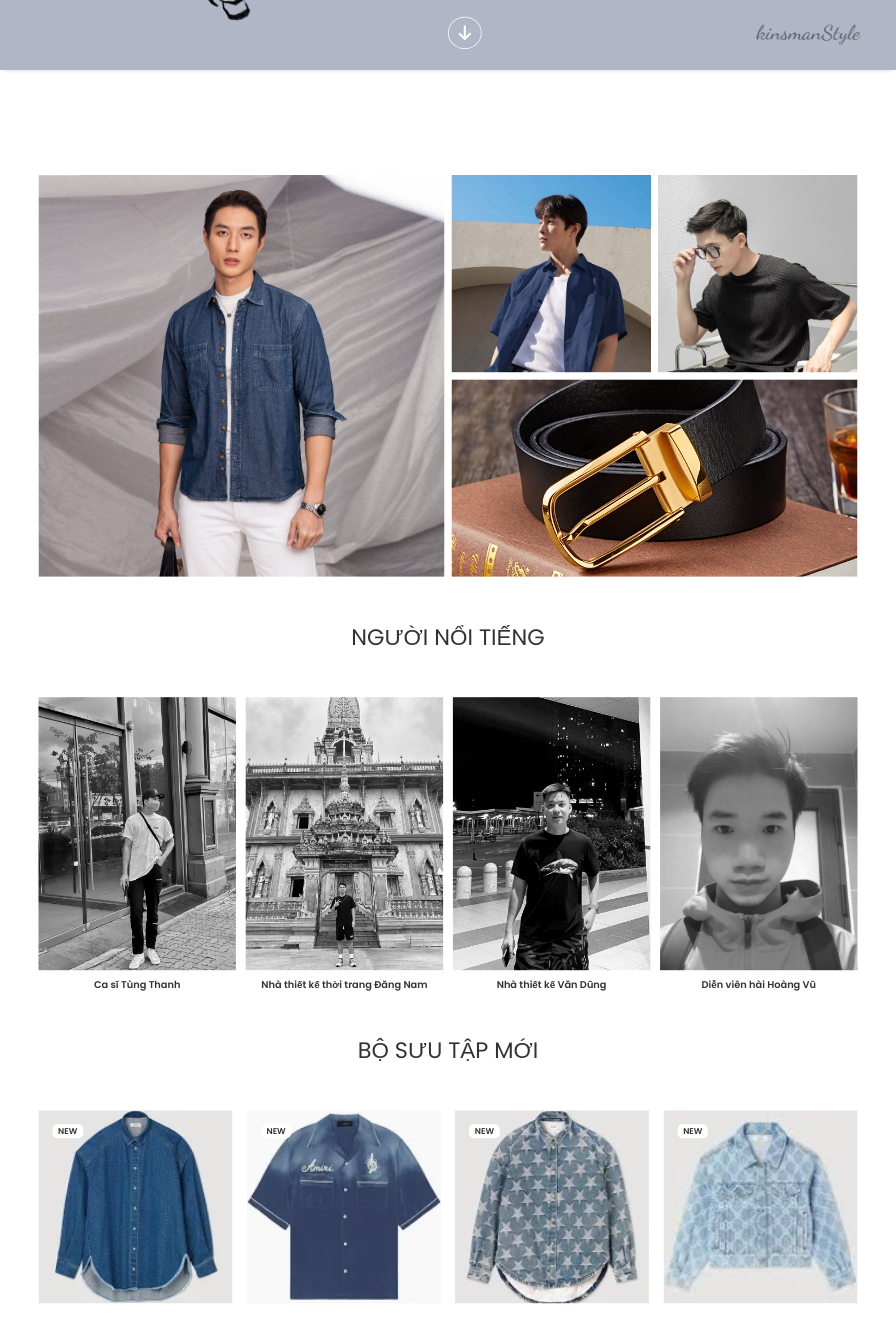
Repository: hoang28092000/kinsmanClothes
Page: index.html
The author's editor kept a copy of each file at every save. The page is drawn from the files as they stood at one save, then again after a run of saves.
The browser window is 1280 px wide. The pictures show the part of the page from y = 610 to 2530 px (the page is 5080 px tall), at 70% of full size.

Above is the page before, as saved 2025-05-07 01:06:54.

### index.html
<!DOCTYPE html>
<html lang="en">
  <head>
    <meta charset="UTF-8" />
    <meta name="viewport" content="width=device-width, initial-scale=1.0" />
    <link rel="preconnect" href="https://fonts.googleapis.com" />
    <link rel="preconnect" href="https://fonts.gstatic.com" crossorigin />
    <link
      href="https://fonts.googleapis.com/css2?family=Poppins:ital,wght@0,100;0,200;0,300;0,400;0,500;0,600;0,700;0,800;0,900;1,100;1,200;1,300;1,400;1,500;1,600;1,700;1,800;1,900&display=swap"
      rel="stylesheet"
    />
    <link
      rel="stylesheet"
      href="https://cdnjs.cloudflare.com/ajax/libs/font-awesome/6.7.2/css/all.min.css"
      integrity="sha512-Evv84Mr4kqVGRNSgIGL/F/aIDqQb7xQ2vcrdIwxfjThSH8CSR7PBEakCr51Ck+w+/U6swU2Im1vVX0SVk9ABhg=="
      crossorigin="anonymous"
      referrerpolicy="no-referrer"
    />
    <link rel="stylesheet" href="./css/reset.css" />
    <link rel="stylesheet" href="./css/main.css" />

    <title>KinsManClothes</title>
  </head>
  <body style="height: 5000px">
    <header class="header">
      <div class="container">
        <div class="content-header">
          <div class="logo">
            <a href="./index.html">
              <img
                src="./asset/logo/logo-kinsmann.svg"
                alt="KinsManClothes Logo"
              />
            </a>
          </div>
          <nav class="nav">
            <ul>
              <li><a href="./index.html">Sản Phẩm</a></li>
              <li><a href="./about.html">Giới thiệu</a></li>
              <li><a href="./shop.html">Chính Sách</a></li>
              <li><a href="./shop.html">Tin tức</a></li>
              <li><a href="./contact.html">Liên hệ</a></li>
            </ul>
          </nav>
          <div class="search-box">
            <input type="text" placeholder="Tìm kiếm sản phẩm..." />
            <button type="submit">Tìm kiếm</button>
          </div>
        </div>
      </div>
    </header>

    <main>
      <div class="content-main">
        <div class="slider" id="slider">
          <img
            src="./asset/banner/banner-1.png"
            alt="banner"
            class="slide active"
          />
          <img src="./asset/banner/banner-2.png" alt="banner" class="slide" />
          <img src="./asset/banner/banner-3.png" alt="banner" class="slide" />
          <a href="#category-list"><i class="fa-solid fa-arrow-down arrow-continue"></i></a>
        </div>
      </div>
      <div class="container">
        <section class="category-list" id="category-list">
          <div class="card-wrapper">
            <img
              src="./asset/image/model-6.jpg"
              alt=""
              class="img-category-1"
            />
            <div class="overlay">
              <h3>Jeans</h3>
              <a href="">Xem thêm</a>
            </div>
          </div>
          <div class="card-wrapper-2">
            <img src="./asset/image/model-2.webp" alt="" />
            <div class="overlay">
              <h3>Sơ mi</h3>
              <a href="">Xem thêm</a>
            </div>
          </div>
          <div class="card-wrapper-2">
            <img src="./asset/image/mode-10.jpg" alt="" />
            <div class="overlay">
              <h3>Áo thun</h3>
              <a href="">Xem thêm</a>
            </div>
          </div>
          <div class="card-wrapper-3">
            <img src="./asset/image/model-9.jpg" alt="" />
            <div class="overlay">
              <h3>Thắt lưng</h3>
              <a href="">Xem thêm</a>
            </div>
          </div>
        </section>
        <section class="celebrity">
          <h2 class="title-heading">NGƯỜI NỔI TIẾNG</h2>
          <div class="celebrity-list">
            <a href="">
              <div class="celebrity-item">
                <img src="./asset/image/celep-1.jpg" alt="" />
                <h3>Ca sĩ Tùng Thanh</h3>
              </div>
            </a>
            <a href=""
              ><div class="celebrity-item">
                <img src="./asset/image/celep-5.jpg" alt="" />
                <h3>Nhà thiết kế thời trang Đăng Nam</h3>
              </div></a
            >
            <a href=""
              ><div class="celebrity-item">
                <img src="./asset/image/celep-3.jpg" alt="" />
                <h3>Nhà thiết kế Văn Dũng</h3>
              </div></a
            >
            <a href=""
              ><div class="celebrity-item">
                <img src="./asset/image/celep-7.jpg" alt="" />
                <h3>Diễn viên hài Hoàng Vũ</h3>
              </div></a
            >
          </div>
        </section>
        <section class="collection">
          <h2 class="title-heading">BỘ SƯU TẬP MỚI</h2>
          <div class="list-collection">
            <a href="">
                <div class="item-collection">
                    <img src="./asset/image/j-4.webp" alt="this is collection">
                    <p>NEW</p>
                </div>
            </a>
            <a href="">
                <div class="item-collection">
                    <img src="./asset/image/j-5.webp" alt="this is collection">
                    <p>NEW</p>
                </div>
            </a>
            <a href="">
                <div class="item-collection">
                    <img src="./asset/image/j-6.webp" alt="this is collection">
                    <p>NEW</p>
                </div>
            </a>
            <a href="">
                <div class="item-collection">
                    <img src="./asset/image/j-7.webp" alt="this is collection">
                    <p>NEW</p>
                </div>
            </a>

          </div>
        </section>
      </div>
    </main>
    <footer></footer>

    <script src="./js/main.js"></script>
  </body>
</html>

### css/main.css
:root {
  --primary-color: #ff6347;
  --secondary-color: #4caf50;
  --background-color: #f0f0f0;
  --text-color: #333;
}
* {
  padding: 0;
  margin: 0;
  box-sizing: border-box;
}
html {
  font-family: "Poppins", sans-serif;
  font-size: 62.5%;
  scroll-behavior: smooth;
}

.container {
  width: 1170px;
  max-width: calc(100% - 48px);
  margin: 0 auto;
}
.content-header {
  display: flex;
  justify-content: space-between;
  align-items: center;
}
.header {
  position: fixed;
  height: 80px;
  top: 0;
  left: 0;
  right: 0;
  z-index: 999;
  background-color: white;
  box-shadow: 0 2px 4px rgba(0, 0, 0, 0.05);
}
.arrow-continue {
  position: absolute;
  bottom: 30px;
  left: 50%;
  z-index: 2;
  font-size: 2.4rem;
  color: #fff;
  border: 1px solid #fff;
  padding: 10px 14px;
  border-radius: 50%;
}
.arrow-continue:hover {
  background-color: var(--primary-color);
  color: #fff;
  transition: all 0.3s ease-in-out;
}
header .logo img {
  width: 200px;
  height: 80px;
}
.nav ul {
  display: flex;
  justify-content: space-between;
  gap: 20px;
}
.nav a {
  text-decoration: none;
  color: var(--text-color);
  font-size: 1.4rem;
  font-weight: 500;
  padding: 10px;
  transition: all 0.3s ease-in-out;
}
.nav a:hover {
  color: var(--primary-color);
}
.search-box {
  display: flex;
  align-items: center;
  gap: 10px;
}
.search-box input[type="text"] {
  padding: 6px;
  border: 1px solid var(--text-color);
  border-radius: 5px;
  font-size: 1.4rem;
  width: 200px;
  outline: none;
}
.search-box input[type="text"]:focus {
  border-color: var(--primary-color);
}
.search-box button[type="submit"] {
  background-color: #333;
  color: #fff;
  font-weight: 500;
  border: none;
  padding: 6px 12px;
  border-radius: 5px;
  cursor: pointer;
  font-size: 1.4rem;
  transition: all 0.3s ease-in-out;
}
.search-box button[type="submit"]:hover {
  background-color: var(--primary-color);
}

/* main */
.content-main {
  margin-top: 80px;
  border-radius: 10px;
  box-shadow: 0 2px 4px rgba(0, 0, 0, 0.1);
}
.slider {
  position: relative;
  width: 100%;
  height: 630px;
  overflow: hidden;
}
.slide {
  position: absolute;
  width: 100%;
  height: 100%;
  opacity: 0;
  transition: opacity 0.5s ease-in-out;
}
.slide.active {
  opacity: 1;
  z-index: 1;
}

.overlay {
  background-color: #928d8d;
  display: none;
}
.overlay h3 {
  color: #fff;
  font-size: 2.4rem;
}

.category-list {
  margin-top: 150px;
  display: grid;
  grid-template-columns: repeat(4, 1fr);
  grid-template-rows: repeat(2, 282px);
  gap: 10px;
}
.card-wrapper {
  position: relative;
  width: 100%;
  grid-column: span 2; /* chiếm 2 cột */
  grid-row: span 2;
  overflow: hidden;

}

.card-wrapper-2 {
  position: relative;
  width: 100%;
  overflow: hidden;

}
.card-wrapper-3 {
  position: relative;
  width: 100%;
  grid-column: span 2; /* chiếm 3 cột */
  grid-row: span 1;
  overflow: hidden;
}

.category-list img {
  width: 100%;
  height: 100%;
  object-fit: cover;
  object-position: top;
  transition: all 0.3s ease-in-out;
}

.card-wrapper-3 img {
  object-position: center;
}

.card-wrapper:hover .overlay,
.card-wrapper-2:hover .overlay,
.card-wrapper-3:hover .overlay {
  position: absolute;
  top: 0;
  left: 0;
  right: 0;
  bottom: 0;
  display: flex;
  flex-direction: column;
  justify-content: center;
  align-items: center;
  width: 100%;
  height: 100%;
  background-color: rgba(0, 0, 0, 0.5);
  transition: all 0.3s ease-in-out;
}
.overlay a {
  display: block;
  text-decoration: none;
  color: #fff;
  font-size: 1.6rem;
  margin-top: 30px;
  border: 1px solid #fff;
  padding: 10px 20px;
  transition: all 0.3s ease-in-out;
  border-radius: 5px;
    background-color: transparent;
}
.overlay a:hover {
  background-color: var(--primary-color);
  color: #fff;
}

.card-wrapper:hover img,
.card-wrapper-2:hover img,
.card-wrapper-3:hover img{
  transform: scale(1.05);
  transition: all 0.3s ease-in-out;
}

/* celebrity */
.celebrity{
    margin-top: 70px;

}
.title-heading{
    text-align: center;
    font-size: 3.2rem;
    color: var(--text-color);
    margin-bottom: 70px;
}
.celebrity-list{
    display: flex;
    justify-content: space-between;
    align-items: center;
}
.celebrity-list a{
    text-decoration: none;
}
.celebrity-item{
    position: relative;
    width: 282px;
}
.celebrity-item img{
    width: 100%;
    height: 390px;
    object-fit: cover;
    object-position: top;
    filter: blur(0px) grayscale(100%) sepia(0);
    transition: filter 0.4s ease;
}
.celebrity-item img:hover{
    filter: grayscale(0%);
    cursor: pointer;
}
.celebrity-item h3{
    font-size: 1.4rem;
    font-weight: 600;
    color: #333;
    margin-top: 12px;
    text-align: center;
}

/* collection */
.collection{
    margin-top: 70px;
}
.list-collection{
    display: flex;
    justify-content: space-between;
    align-items: center;
    gap: 10px;
}
.item-collection{
    position: relative;
    width: 277px;
    overflow: hidden;
    height: 276px;

}
.item-collection img{
    width: 100%;
    height: 100%;
    transition: transform 0.3s ease;
}
.item-collection p{
    position: absolute;
    top: 20px;
    left: 20px;
    background-color: #fff;
    color: #333;
    font-size: 1.2rem;
    font-weight: 600;
    padding: 4px 8px;
    border-radius: 7px;
}
.item-collection img:hover{
    transform: scale(1.05);
}

### js/main.js
const sliders = document.querySelectorAll(".slide");
let current = 0;
let interval = null;

function showNextSlide() {
  sliders[current].classList.remove("active");
  current = (current + 1) % sliders.length;
  sliders[current].classList.add("active");
}
function startSlider() {
  interval = setInterval(showNextSlide, 2500);
}
function stopSlider() {
  clearInterval(interval);
}

const slider = document.getElementById("slider");
slider.addEventListener("mouseover", stopSlider);
slider.addEventListener("mouseleave", startSlider);

Loaded but not shown: css/reset.css (common file)

After the next 2 saves:
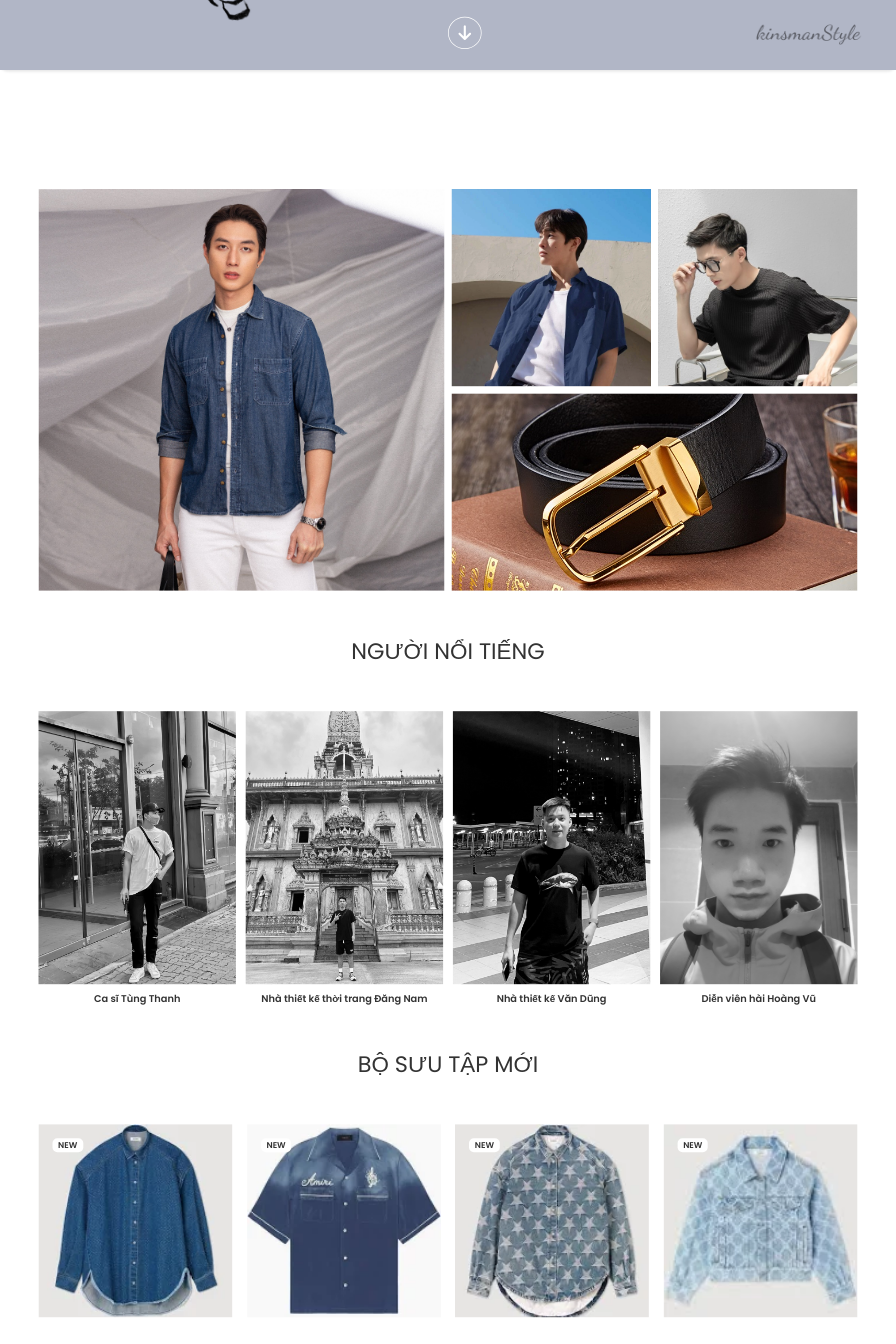
The 2 saves are shown as one change because they came seconds apart.
The last was saved 7 s later.
--- a/css/main.css
+++ b/css/main.css
@@ -136,7 +136,7 @@ header .logo img {
 }
 
 .category-list {
-  margin-top: 150px;
+  margin-top: 170px;
   display: grid;
   grid-template-columns: repeat(4, 1fr);
   grid-template-rows: repeat(2, 282px);
